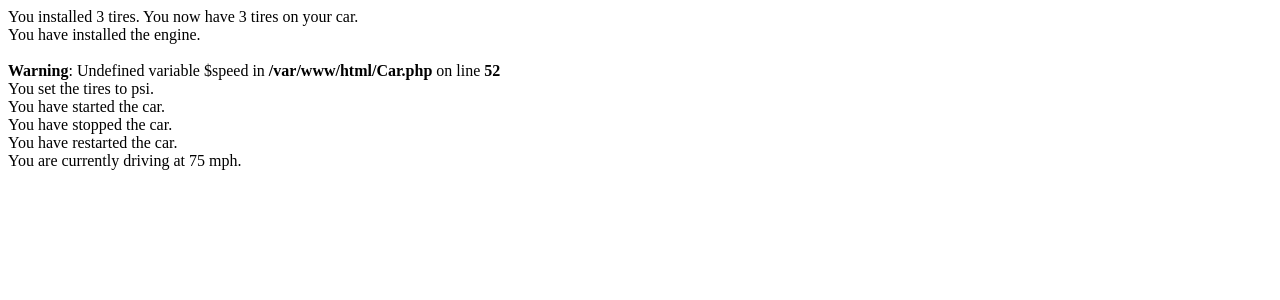
Repository: kargoh/CST236-Topic1
Page: http://localhost/carTester.php
The author's editor kept a copy of each file at every save. The page is drawn from the files as they stood at one save, then again after the next save.
The browser window is 1280 px wide. The pictures show the whole page.
The page is run by PHP 8.4 with error messages shown; the project is at /var/www/html/.

Above is the page before, as saved 2020-09-21 22:14:21.

After the next save:
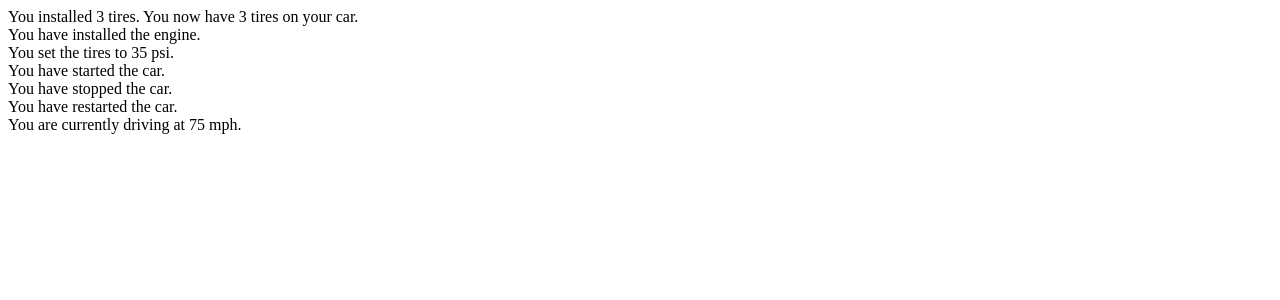
Saved 24 s later.
--- a/Activity1-cars/Car.php
+++ b/Activity1-cars/Car.php
@@ -49,7 +49,7 @@
 
     public function inflateTiresTo($psi) {
         if ($psi >= 0){
-            echo "You set the tires to " . $speed . " psi.<br>";
+            echo "You set the tires to " . $psi . " psi.<br>";
         }else {
             echo "That is an invalid psi. Nice try<br>";
         }
